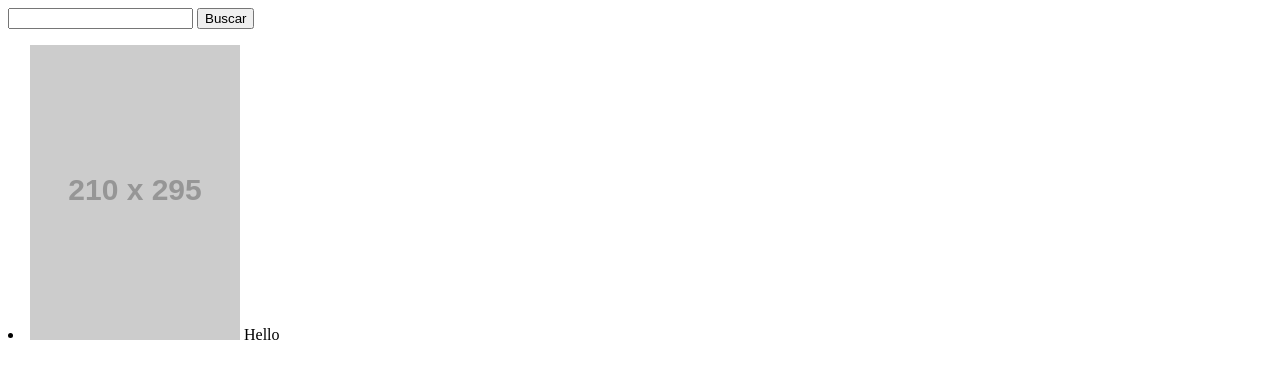
Repository: raquelgm88/cocktail-finder
Page: src/html/partials/main.html
These files come from the project's save history. The page is drawn as it stood at one moment and after the next save; the edit follows.
The browser window is 1280 px wide. The pictures show the whole page.

Above is the page before, as saved 2023-02-24 16:54:01.

### src/html/partials/main.html
<main class="main">
  <form action="#" class="form">
    <input
      type="text"
      name="input"
      class="input js__input"
      id="input"
      value=""
    />
    <button type="button" class="button js__button">Buscar</button>
  </form>
  <div class="list js__list">
    <ul></ul>
  </div>
  <div class="favourites js__favourites">
    <ul></ul>
  </div>
</main>

<li>
  <img
    src="https://via.placeholder.com/210x295/ffffff/666666/?text=TV"
    alt=""
  />
  Hello
</li>

After the next save:
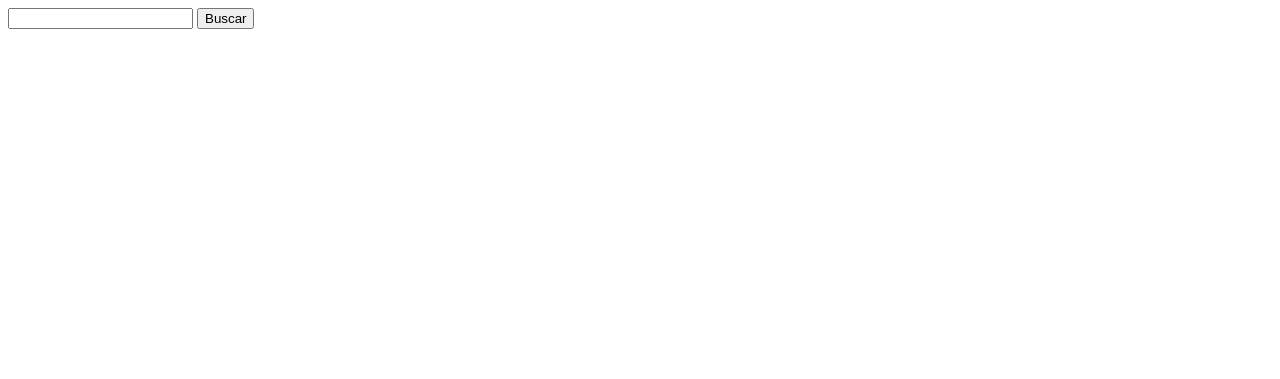
Saved 7 s later.
--- a/src/html/partials/main.html
+++ b/src/html/partials/main.html
@@ -16,11 +16,3 @@
     <ul></ul>
   </div>
 </main>
-
-<li>
-  <img
-    src="https://via.placeholder.com/210x295/ffffff/666666/?text=TV"
-    alt=""
-  />
-  Hello
-</li>
